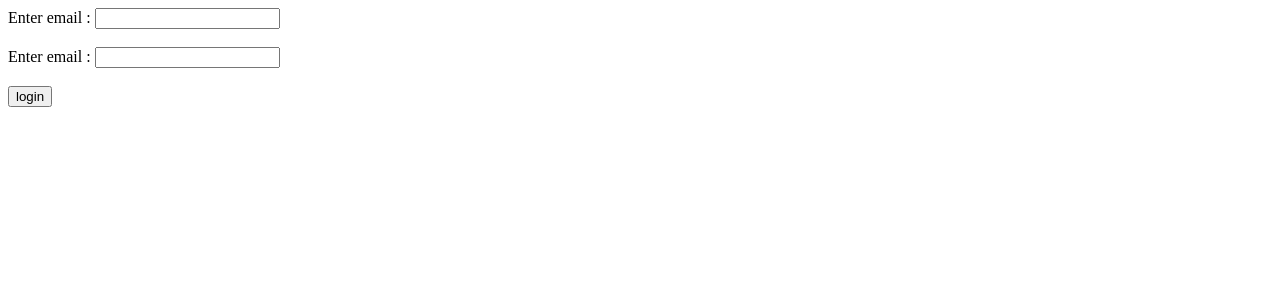
Repository: deepakkthakur/java
Page: GetPostDemo/src/main/webapp/index.html
The author's editor kept a copy of each file at every save. The page is drawn from the files as they stood at one save, then again after the next save.
The browser window is 1280 px wide. The pictures show the whole page.

Above is the page before, as saved 2024-04-10 11:10:52.

After the next save:
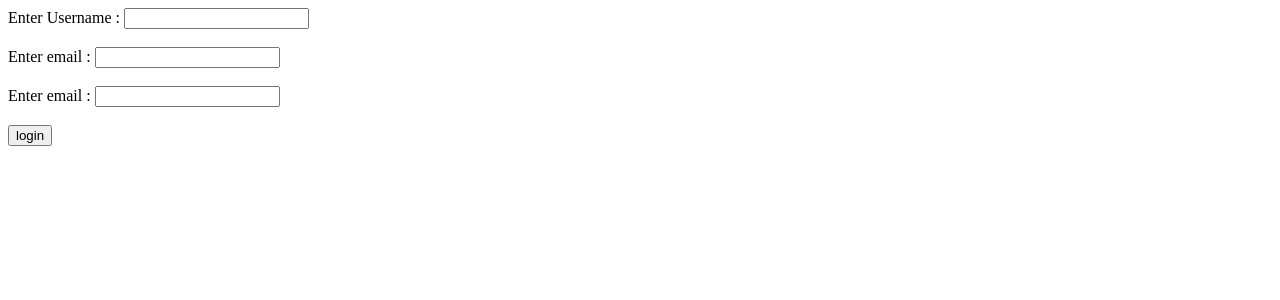
Saved 56 s later.
--- a/GetPostDemo/src/main/webapp/index.html
+++ b/GetPostDemo/src/main/webapp/index.html
@@ -7,6 +7,7 @@
 <body>
 <form action="login" method="post">
 
+	Enter Username : <input type="text" name="user"/><br><br>
 	Enter email : <input type="email" name="email"/><br><br>
 
 	Enter email : <input type="password" name="password"/><br><br>
